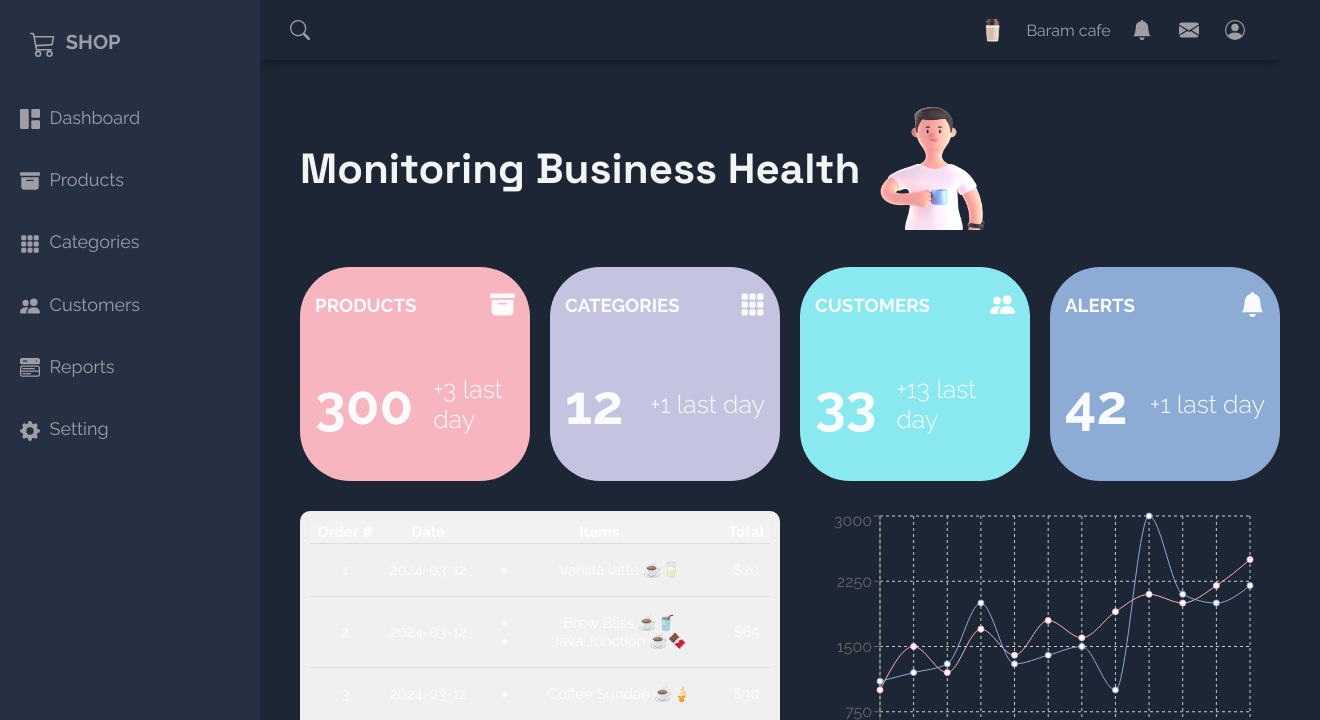
Repository: ffferncake/monitoring-business-health
Page: /
An editor plug-in stored every save of this project. The page is shown before and after the next save, followed by the edit.
The browser window is 1280 px wide. The page is 1320 px wide, so the pictures cover 1320 px, including what lies to the right of the window. The pictures show the whole page.
An inner scrolling area shows only its first screen. The project was rebuilt for these pictures with package versions that can differ from the ones it lists, and the page was loaded fresh each time. Also part of the build but not shown: vite.config.js.

Above is the page before, as saved 2024-03-13 16:01:40.

After the next save:
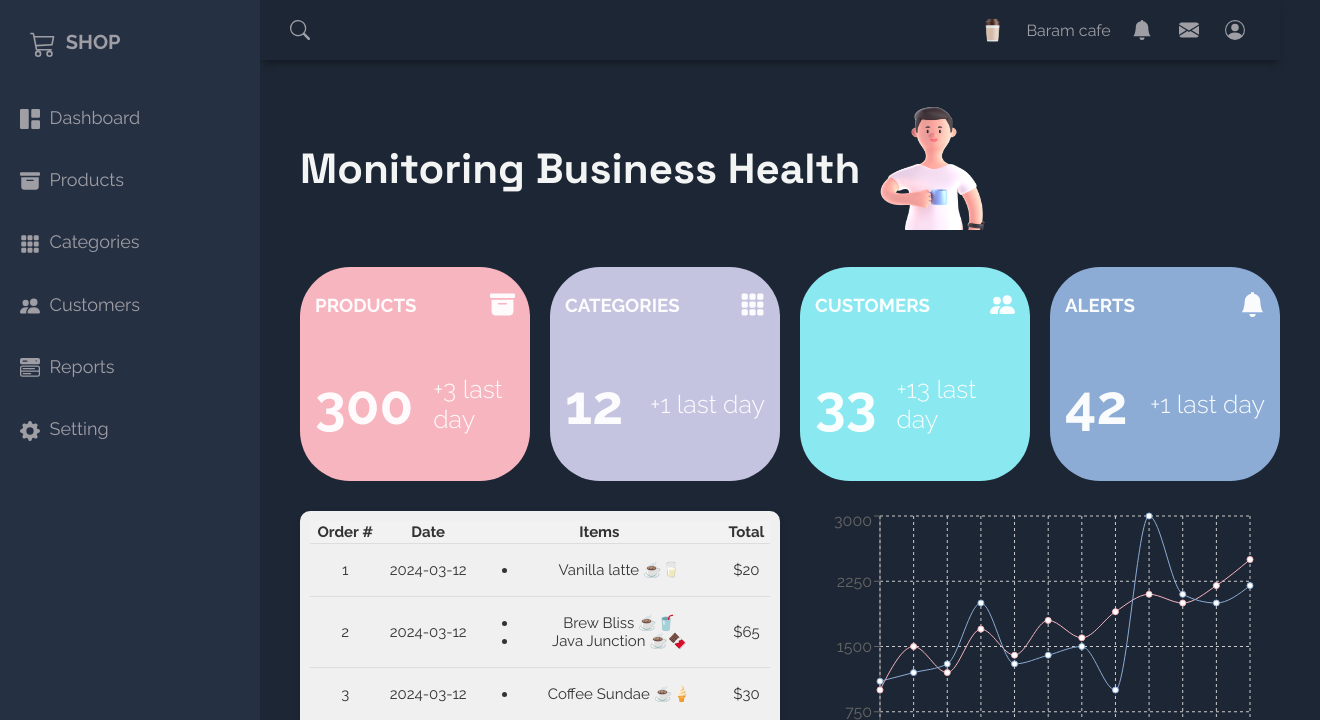
Saved 48 s later.
--- a/src/OrderCard.css
+++ b/src/OrderCard.css
@@ -17,6 +17,7 @@ td {
   border-bottom: 1px solid #ddd;
   text-align: center;
   font-size: 15px;
+  color: #333;
 }
 
 th {
